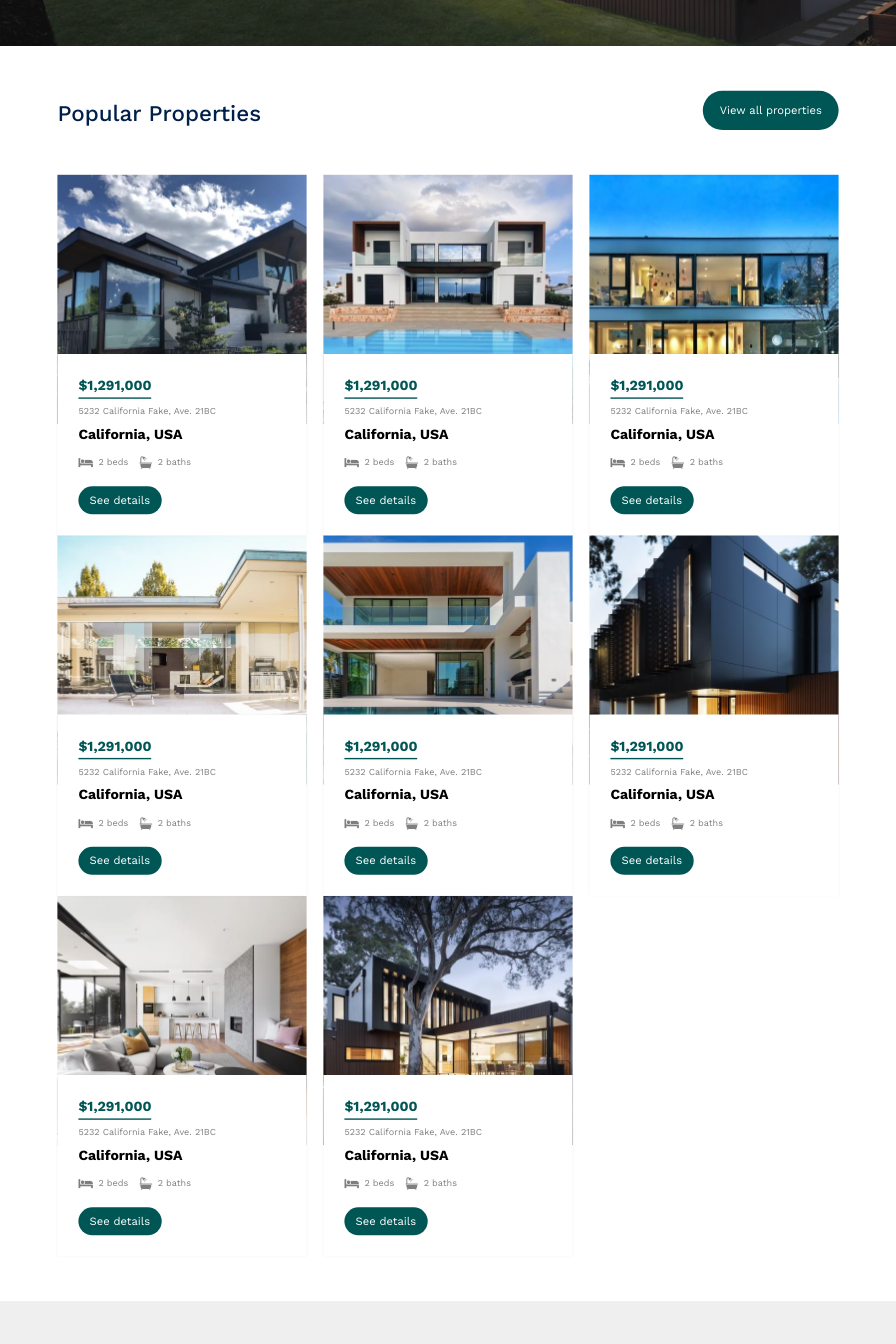
Repository: Farhan0021/Rentalproject
Page: / (app in front/)
An editor plug-in stored every save of this project. The page is shown before and after the next save, followed by the edit.
The browser window is 1280 px wide. The pictures show the part of the page from y = 1374 to 3294 px (the page is 3710 px tall before and 2165 px after), at 70% of full size.
The page's requests for data from a server got no answer. The project was rebuilt for these pictures with package versions that can differ from the ones it lists, and the page was loaded fresh each time. No one was signed in, and anything a server would have sent is missing. Also part of the build but not shown: front/vite.config.js, front/src/schema/LoginSchema.js, front/src/pages/seekers/Login.jsx, front/src/schema/SeekerSignupSchema.jsx, front/src/pages/seekers/Signup.jsx, front/src/pages/owner/Login.jsx, front/src/schema/OwnerSignupSchema.jsx, front/src/pages/owner/Signup.jsx and 10 more.

Above is the page before, as saved 2025-05-14 14:30:47.

### front/index.html
<!doctype html>
<html lang="en">
  <head>
    <meta charset="UTF-8" />
    <link rel="icon" type="image/svg+xml" href="/vite.svg" />
    <meta name="viewport" content="width=device-width, initial-scale=1.0" />
    <title>Vite + React</title>
    <link rel="preconnect" href="https://fonts.googleapis.com" />
    <link rel="preconnect" href="https://fonts.gstatic.com" crossorigin />
    <link
      href="https://fonts.googleapis.com/css2?family=Work+Sans:wght@400;500;600;700&display=swap"
      rel="stylesheet"
    />

    <link rel="stylesheet" href="https://cdnjs.cloudflare.com/ajax/libs/font-awesome/4.7.0/css/font-awesome.css" integrity="sha512-5A8nwdMOWrSz20fDsjczgUidUBR8liPYU+WymTZP1lmY9G6Oc7HlZv156XqnsgNUzTyMefFTcsFH/tnJE/+xBg==" crossorigin="anonymous" referrerpolicy="no-referrer" />

    <link rel="stylesheet" href="/Assets/fonts/icomoon/style.css" />
    <link rel="stylesheet" href="/Assets/fonts/flaticon/font/flaticon.css" />

    <link rel="stylesheet" href="/Assets/css/tiny-slider.css" />
    <link rel="stylesheet" href="/Assets/css/aos.css" />
    <link rel="stylesheet" href="/Assets/css/style.css" />

    <link rel="stylesheet" href="https://cdnjs.cloudflare.com/ajax/libs/font-awesome/6.7.2/css/all.min.css" integrity="sha512-Evv84Mr4kqVGRNSgIGL/F/aIDqQb7xQ2vcrdIwxfjThSH8CSR7PBEakCr51Ck+w+/U6swU2Im1vVX0SVk9ABhg==" crossorigin="anonymous" referrerpolicy="no-referrer" />


  </head>
  <body>
    <div id="root"></div>
    <script type="module" src="/src/main.jsx"></script>

    <script src="/Assets/js/bootstrap.bundle.min.js"></script>
    <script src="/Assets/js/tiny-slider.js"></script>
    <script src="/Assets/js/aos.js"></script>
    <script src="/Assets/js/navbar.js"></script>
    <script src="/Assets/js/counter.js"></script>
    <script src="/Assets/js/custom.js"></script>
  </body>
  </body>
</html>

### front/src/main.jsx
import { StrictMode } from 'react'
import { createRoot } from 'react-dom/client'
import App from './App'
import { BrowserRouter } from 'react-router-dom'


createRoot(document.getElementById('root')).render(
  <StrictMode>
    <BrowserRouter>
    <App />
    </BrowserRouter>
  </StrictMode>,
)

### front/src/App.jsx
import React from 'react'
import HeaderNew from './components/HeaderNew'
import Slider from './components/Slider'
import Footer from './components/Footer'
import AllRoutes from './routes/AllRoutes'

const App = () => {
  return (
    <>

    {/* <Header/> */}
    <HeaderNew/>
    <Slider/>
    <AllRoutes/>
    <Footer/>

     </>
  )
}

export default App

### front/src/components/Slider.jsx
import React from 'react'

const Slider = () => {
    return (
        <div className="hero">
        <div className="hero-slide">
          <div
            className="img overlay"
            style={{backgroundImage: "url('/Assets/images/hero_bg_3.jpg')"}}
          ></div>

        </div>

        <div className="container">
          <div className="row justify-content-center align-items-center">
            <div className="col-lg-9 text-center">
              <h1 className="heading" data-aos="fade-up">
                Easiest way to find your dream home
              </h1>
              <form
                action="#"
                className="narrow-w form-search d-flex align-items-stretch mb-3"
                data-aos="fade-up"
                data-aos-delay="200"
              >
                <input
                  type="text"
                  className="form-control px-4"
                  placeholder="Your ZIP code or City. e.g. New York"
                />
                <button type="submit" className="btn btn-primary">Search</button>
              </form>
            </div>
          </div>
        </div>
      </div>

    )
}
export default Slider

### front/src/routes/AllRoutes.jsx
import React from 'react'
import { Routes, Route } from 'react-router-dom'
import {
    Home,
SeekerLogin,
SeekerSignup,
OwnerLogin,
OwnerSignup,
Details,
SeekerLogout,
OwnerLogout
} from '../pages'
import Myprofile from '../pages/seekers/MyProfile'
import SeekerProtactedRoutes from './SeekerProtactedRoutes'
import OwnerProtactedRoutes from './OwnerProtactedRoutes'
import MyAccount from '../pages/owner/MyAccount'
import AddNew from '../pages/owner/AddNew'
const AllRoutes = () => {
    return(
        <>
        <Routes>
            <Route path='' element= { <Home/>}/>
            <Route path='details' element={<Details/>}/>
            <Route path='seeker/login' element={<SeekerLogin/>}/>
            <Route path='' element={<SeekerProtactedRoutes/>}>

            <Route path='seeker/my-profile' element={<Myprofile/>}/>
            <Route path='seeker/logout' element={<SeekerLogout/>}/>

            </Route>

            <Route path='seeker/Signup' element={<SeekerSignup/>}/>

            <Route path='owner/Login' element={<OwnerLogin/>}/>
            <Route path='owner/Signup' element={<OwnerSignup/>}/>

            <Route path='' element={<OwnerProtactedRoutes/>}>

            <Route path='owner/add-new-property' element={<AddNew/>}/>

            <Route path='owner/my-account' element={<MyAccount/>}/>
            <Route path='owner/logout' element={<OwnerLogout/>}/>
            </Route>


        </Routes>

     </>

    )
}
export default AllRoutes

### front/src/pages/index.jsx
import Home from "./Home";
import SeekerLogin from "./seekers/Login"
import SeekerSignup from "./seekers/Signup";
import OwnerLogin from "./owner/Login"
import OwnerSignup from "./owner/Signup"
import Details from "./Details";
import SeekerLogout from "./seekers/Logout";
import OwnerLogout from './owner/Logout'

export {Home,
    Details,
    OwnerLogout,
    SeekerLogout,
    SeekerLogin,
    SeekerSignup,
    OwnerLogin,
    OwnerSignup
};

### front/src/pages/Home.jsx
import React, { useEffect} from 'react'
import axios from 'axios'
import { NavLink } from 'react-router-dom'
import Slider from '../components/Slider'
import { useState } from 'react'

const Home = () => {

  let [allProp, setAllProp] = useState([])
  useEffect(()=>{
    axios.get(`${import.meta.env.VITE_API_URL}/property`)
    .then(response=>{
      setAllProp(response.data);
    })
  },[])

    return (
      <>
      <Slider />
        <div className="section">
        <div className="container">
          <div className="row mb-5 align-items-center">
            <div className="col-lg-6">
              <h2 className="font-weight-bold text-primary heading">
                Popular Properties
              </h2>
            </div>
            <div className="col-lg-6 text-lg-end">
              <p>
                <a
                  href="#"
                  target="_blank"
                  className="btn btn-primary text-white py-3 px-4"
                  >View all properties</a
                >
              </p>
            </div>
          </div>
          <div className="row">
            <div className="col-12">
              <div className="property-slider-wrap">
                <div className="property-slider row ">

                  {
                    allProp.map((item, index)=>{
                      return(
                         <div className="property-item col-md-4">
                    <a href="property-single.html" className="img">
                      <img src="/Assets/images/img_1.jpg" alt="Image" className="img-fluid" />
                    </a>

                    <div className="property-content">
                      <div className="price mb-2"><span>&#8377; {item.rent.toFixed(2)}</span></div>
                      <div>
                        <span className="d-block mb-2 text-black-50"
                          >{item.address}</span
                        >
                        <span className="city d-block mb-3">{item.tittle}</span>

                        <div className="specs d-flex mb-4">
                          <span className="d-block d-flex align-items-center me-3">
                            <span className="icon-bed me-2"></span>
                            <span className="caption">2 beds</span>
                          </span>
                          <span className="d-block d-flex align-items-center">
                            <span className="icon-bath me-2"></span>
                            <span className="caption">2 baths</span>
                          </span>
                        </div>

                        <a
                          href="property-single.html"
                          className="btn btn-primary py-2 px-3"
                          >See details</a
                        >
                      </div>
                    </div>
                  </div>
                      )
                    })
                  }




                  <div className="property-item col-md-4">
                    <a href="property-single.html" className="img">
                      <img src="/Assets/images/img_2.jpg" alt="Image" className="img-fluid" />
                    </a>

                    <div className="property-content">
                      <div className="price mb-2"><span>$1,291,000</span></div>
                      <div>
                        <span className="d-block mb-2 text-black-50"
                          >5232 California Fake, Ave. 21BC</span
                        >
                        <span className="city d-block mb-3">California, USA</span>

                        <div className="specs d-flex mb-4">
                          <span className="d-block d-flex align-items-center me-3">
                            <span className="icon-bed me-2"></span>
                            <span className="caption">2 beds</span>
                          </span>
                          <span className="d-block d-flex align-items-center">
                            <span className="icon-bath me-2"></span>
                            <span className="caption">2 baths</span>
                          </span>
                        </div>

                        <a
                          href="property-single.html"
                          className="btn btn-primary py-2 px-3"
                          >See details</a
                        >
                      </div>
                    </div>
                  </div>


                  <div className="property-item col-md-4">
                    <a href="property-single.html" className="img">
                      <img src="/Assets/images/img_3.jpg" alt="Image" className="img-fluid" />
                    </a>

                    <div className="property-content">
                      <div className="price mb-2"><span>$1,291,000</span></div>
                      <div>
                        <span className="d-block mb-2 text-black-50"
                          >5232 California Fake, Ave. 21BC</span
                        >
                        <span className="city d-block mb-3">California, USA</span>

                        <div className="specs d-flex mb-4">
                          <span className="d-block d-flex align-items-center me-3">
                            <span className="icon-bed me-2"></span>
                            <span className="caption">2 beds</span>
                          </span>
                          <span className="d-block d-flex align-items-center">
                            <span className="icon-bath me-2"></span>
                            <span className="caption">2 baths</span>
                          </span>
                        </div>

                        <a
                          href="property-single.html"
                          className="btn btn-primary py-2 px-3"
                          >See details</a
                        >
                      </div>
                    </div>
                  </div>


                  <div className="property-item col-md-4">
                    <a href="property-single.html" className="img">
                      <img src="/Assets/images/img_4.jpg" alt="Image" className="img-fluid" />
                    </a>

                    <div className="property-content">
                      <div className="price mb-2"><span>$1,291,000</span></div>
                      <div>
                        <span className="d-block mb-2 text-black-50"
                          >5232 California Fake, Ave. 21BC</span
                        >
                        <span className="city d-block mb-3">California, USA</span>

                        <div className="specs d-flex mb-4">
                          <span className="d-block d-flex align-items-center me-3">
                            <span className="icon-bed me-2"></span>
                            <span className="caption">2 beds</span>
                          </span>
                          <span className="d-block d-flex align-items-center">
                            <span className="icon-bath me-2"></span>
                            <span className="caption">2 baths</span>
                          </span>
                        </div>

                        <a
                          href="property-single.html"
                          className="btn btn-primary py-2 px-3"
                          >See details</a
                        >
                      </div>
                    </div>
                  </div>


                  <div className="property-item col-md-4">
                    <a href="property-single.html" className="img">
                      <img src="/Assets/images/img_5.jpg" alt="Image" className="img-fluid" />
                    </a>

                    <div className="property-content">
                      <div className="price mb-2"><span>$1,291,000</span></div>
                      <div>
                        <span className="d-block mb-2 text-black-50"
                          >5232 California Fake, Ave. 21BC</span
                        >
                        <span className="city d-block mb-3">California, USA</span>

                        <div className="specs d-flex mb-4">
                          <span className="d-block d-flex align-items-center me-3">
                            <span className="icon-bed me-2"></span>
                            <span className="caption">2 beds</span>
                          </span>
                          <span className="d-block d-flex align-items-center">
                            <span className="icon-bath me-2"></span>
                            <span className="caption">2 baths</span>
                          </span>
                        </div>

                        <a
                          href="property-single.html"
                          className="btn btn-primary py-2 px-3"
                          >See details</a
                        >
                      </div>
                    </div>
                  </div>


                  <div className="property-item col-md-4">
                    <a href="property-single.html" className="img">
                      <img src="/Assets/images/img_6.jpg" alt="Image" className="img-fluid" />
                    </a>

                    <div className="property-content">
                      <div className="price mb-2"><span>$1,291,000</span></div>
                      <div>
                        <span className="d-block mb-2 text-black-50"
                          >5232 California Fake, Ave. 21BC</span
                        >
                        <span className="city d-block mb-3">California, USA</span>

                        <div className="specs d-flex mb-4">
                          <span className="d-block d-flex align-items-center me-3">
                            <span className="icon-bed me-2"></span>
                            <span className="caption">2 beds</span>
                          </span>
                          <span className="d-block d-flex align-items-center">
                            <span className="icon-bath me-2"></span>
                            <span className="caption">2 baths</span>
                          </span>
                        </div>

                        <a
                          href="property-single.html"
                          className="btn btn-primary py-2 px-3"
                          >See details</a
                        >
                      </div>
                    </div>
                  </div>


                  <div className="property-item col-md-4">
                    <a href="property-single.html" className="img">
                      <img src="/Assets/images/img_7.jpg" alt="Image" className="img-fluid" />
                    </a>

                    <div className="property-content">
                      <div className="price mb-2"><span>$1,291,000</span></div>
                      <div>
                        <span className="d-block mb-2 text-black-50"
                          >5232 California Fake, Ave. 21BC</span
                        >
                        <span className="city d-block mb-3">California, USA</span>

                        <div className="specs d-flex mb-4">
                          <span className="d-block d-flex align-items-center me-3">
                            <span className="icon-bed me-2"></span>
                            <span className="caption">2 beds</span>
                          </span>
                          <span className="d-block d-flex align-items-center">
                            <span className="icon-bath me-2"></span>
                            <span className="caption">2 baths</span>
                          </span>
                        </div>

                        <a
                          href="property-single.html"
                          className="btn btn-primary py-2 px-3"
                          >See details</a
                        >
                      </div>
                    </div>
                  </div>


                  <div className="property-item col-md-4">
                    <a href="property-single.html" className="img">
                      <img src="/Assets/images/img_8.jpg" alt="Image" className="img-fluid" />
                    </a>

                    <div className="property-content">
                      <div className="price mb-2"><span>$1,291,000</span></div>
                      <div>
                        <span className="d-block mb-2 text-black-50"
                          >5232 California Fake, Ave. 21BC</span
                        >
                        <span className="city d-block mb-3">California, USA</span>

                        <div className="specs d-flex mb-4">
                          <span className="d-block d-flex align-items-center me-3">
                            <span className="icon-bed me-2"></span>
                            <span className="caption">2 beds</span>
                          </span>
                          <span className="d-block d-flex align-items-center">
                            <span className="icon-bath me-2"></span>
                            <span className="caption">2 baths</span>
                          </span>
                        </div>

                        <a
                          href="property-single.html"
                          className="btn btn-primary py-2 px-3"
                          >See details</a
                        >
                      </div>
                    </div>
                  </div>


                  <div className="property-item col-md-4 ">
                    <a href="property-single.html" className="img">
                      <img src="/Assets/images/img_1.jpg" alt="Image" className="img-fluid" />
                    </a>

                    <div className="property-content">
                      <div className="price mb-2"><span>$1,291,000</span></div>
                      <div>
                        <span className="d-block mb-2 text-black-50"
                          >5232 California Fake, Ave. 21BC</span
                        >
                        <span className="city d-block mb-3">California, USA</span>

                        <div className="specs d-flex mb-4">
                          <span className="d-block d-flex align-items-center me-3">
                            <span className="icon-bed me-2"></span>
                            <span className="caption">2 beds</span>
                          </span>
                          <span className="d-block d-flex align-items-center">
                            <span className="icon-bath me-2"></span>
                            <span className="caption">2 baths</span>
                          </span>
                        </div>

                        <a
                          href="property-single.html"
                          className="btn btn-primary py-2 px-3"
                          >See details</a
                        >
                      </div>
                    </div>
                  </div>

                </div>

                <div
                  id="property-nav"
                  className="controls"
                  tabindex="0"
                  aria-label="Carousel Navigation"
                >

                </div>
              </div>
            </div>
          </div>
        </div>
      </div>
      </>

    )
}
export default Home

### front/public/Assets/css/tiny-slider.css
.tns-outer{padding:0 !important}.tns-outer [hidden]{display:none !important}.tns-outer [aria-controls],.tns-outer [data-action]{cursor:pointer}.tns-slider{-webkit-transition:all 0s;-moz-transition:all 0s;transition:all 0s}.tns-slider>.tns-item{-webkit-box-sizing:border-box;-moz-box-sizing:border-box;box-sizing:border-box}.tns-horizontal.tns-subpixel{white-space:nowrap}.tns-horizontal.tns-subpixel>.tns-item{display:inline-block;vertical-align:top;white-space:normal}.tns-horizontal.tns-no-subpixel:after{content:'';display:table;clear:both}.tns-horizontal.tns-no-subpixel>.tns-item{float:left}.tns-horizontal.tns-carousel.tns-no-subpixel>.tns-item{margin-right:-100%}.tns-no-calc{position:relative;left:0}.tns-gallery{position:relative;left:0;min-height:1px}.tns-gallery>.tns-item{position:absolute;left:-100%;-webkit-transition:transform 0s, opacity 0s;-moz-transition:transform 0s, opacity 0s;transition:transform 0s, opacity 0s}.tns-gallery>.tns-slide-active{position:relative;left:auto !important}.tns-gallery>.tns-moving{-webkit-transition:all 0.25s;-moz-transition:all 0.25s;transition:all 0.25s}.tns-autowidth{display:inline-block}.tns-lazy-img{-webkit-transition:opacity 0.6s;-moz-transition:opacity 0.6s;transition:opacity 0.6s;opacity:0.6}.tns-lazy-img.tns-complete{opacity:1}.tns-ah{-webkit-transition:height 0s;-moz-transition:height 0s;transition:height 0s}.tns-ovh{overflow:hidden}.tns-visually-hidden{position:absolute;left:-10000em}.tns-transparent{opacity:0;visibility:hidden}.tns-fadeIn{opacity:1;filter:alpha(opacity=100);z-index:0}.tns-normal,.tns-fadeOut{opacity:0;filter:alpha(opacity=0);z-index:-1}.tns-vpfix{white-space:nowrap}.tns-vpfix>div,.tns-vpfix>li{display:inline-block}.tns-t-subp2{margin:0 auto;width:310px;position:relative;height:10px;overflow:hidden}.tns-t-ct{width:2333.3333333%;width:-webkit-calc(100% * 70 / 3);width:-moz-calc(100% * 70 / 3);width:calc(100% * 70 / 3);position:absolute;right:0}.tns-t-ct:after{content:'';display:table;clear:both}.tns-t-ct>div{width:1.4285714%;width:-webkit-calc(100% / 70);width:-moz-calc(100% / 70);width:calc(100% / 70);height:10px;float:left}

Loaded but not shown: front/public/Assets/fonts/icomoon/style.css (common file); front/public/Assets/fonts/flaticon/font/flaticon.css (common file); front/public/Assets/css/aos.css (library); front/public/Assets/css/style.css (library); front/public/Assets/js/bootstrap.bundle.min.js (library); front/public/Assets/js/aos.js (library); front/public/Assets/js/tiny-slider.js (3208 lines, source omitted); front/public/Assets/js/navbar.js (90 lines, source omitted); front/public/Assets/js/counter.js (88 lines, source omitted); front/public/Assets/js/custom.js (125 lines, source omitted); front/src/components/Footer.jsx (107 lines, source omitted); front/src/components/HeaderNew.jsx (78 lines, source omitted)

After the next save:
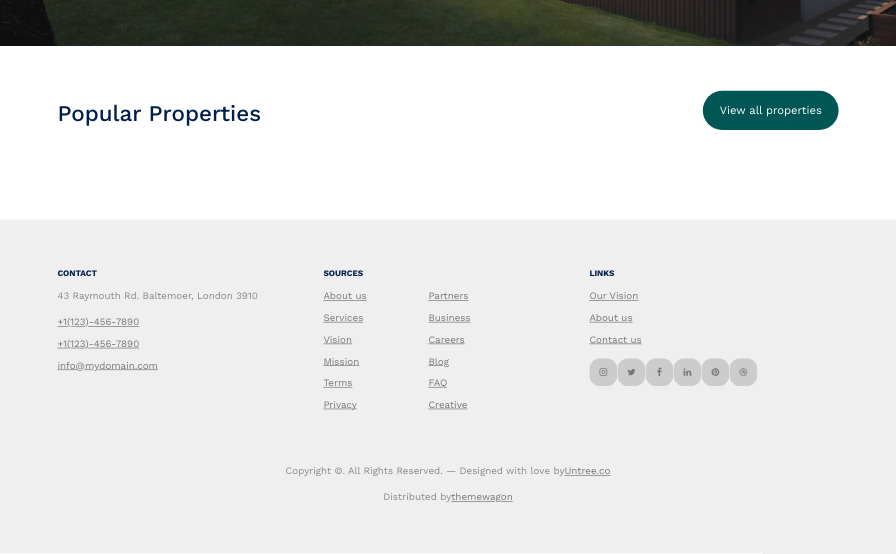
Saved 72 s later.
--- a/front/src/pages/Home.jsx
+++ b/front/src/pages/Home.jsx
@@ -83,7 +83,7 @@ const Home = () => {
 
 
 
-                  <div className="property-item col-md-4">
+                  {/* <div className="property-item col-md-4">
                     <a href="property-single.html" className="img">
                       <img src="/Assets/images/img_2.jpg" alt="Image" className="img-fluid" />
                     </a>
@@ -352,7 +352,7 @@ const Home = () => {
                         >
                       </div>
                     </div>
-                  </div>
+                  </div> */}
 
                 </div>
 
